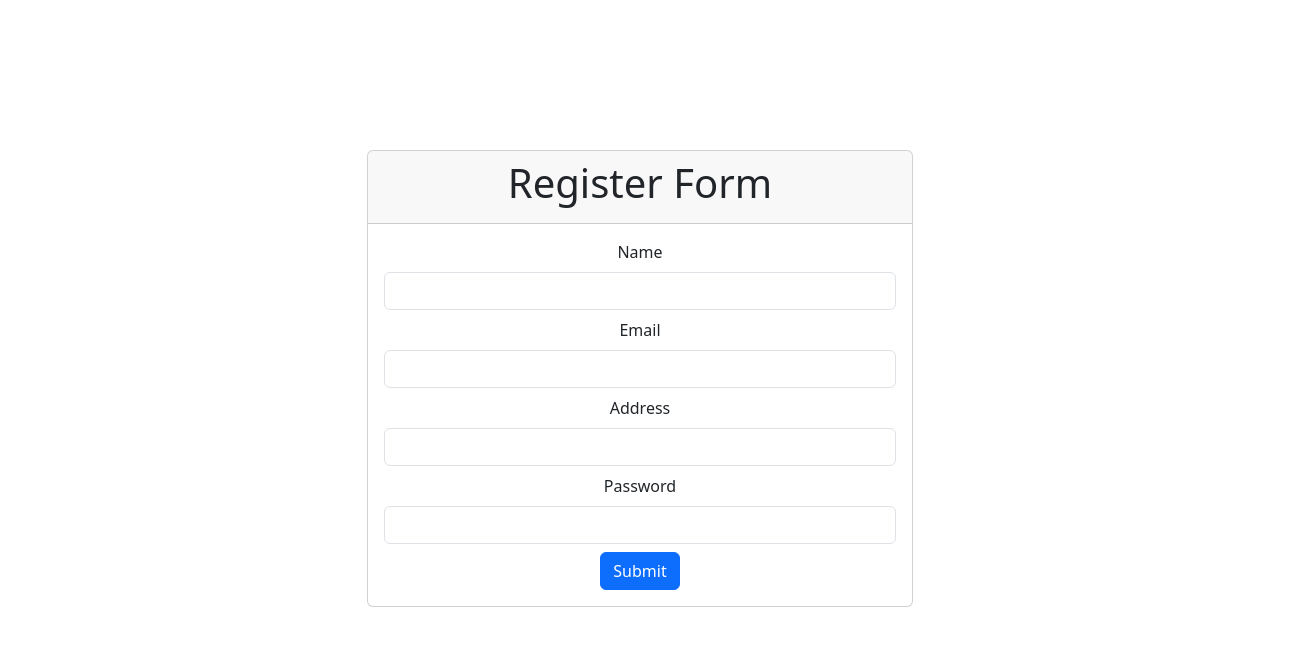
Repository: Laxman-Nath/java-internship
Page: http://localhost/Demo/Register.jsp
The author's editor kept a copy of each file at every save. The page is drawn from the files as they stood at one save, then again after the next save.
The browser window is 1280 px wide. The page is 1280 px wide, then 1292 px, then 1280 px, so the pictures cover 1292 px, including what lies to the right of the window. The pictures show the whole page.
The page is served by Tomcat 9.

Above is the page before, as saved 2024-09-01 10:27:20.

After the next save:
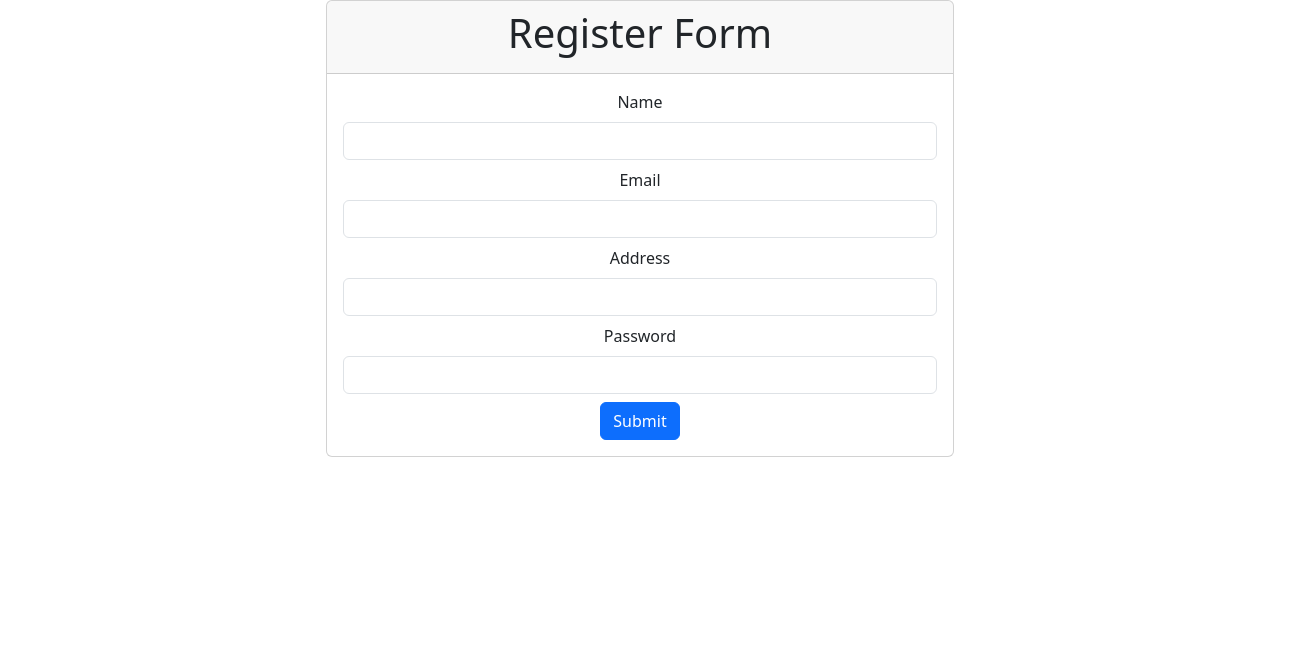
Saved 8 s later.
--- a/Servlet_JSP/Demo/src/main/webapp/Register.jsp
+++ b/Servlet_JSP/Demo/src/main/webapp/Register.jsp
@@ -11,7 +11,7 @@
 	integrity="sha384-QWTKZyjpPEjISv5WaRU9OFeRpok6YctnYmDr5pNlyT2bRjXh0JMhjY6hW+ALEwIH"
 	crossorigin="anonymous">
 </head>
-<body style="background-image="url('img/login.jpg')">
+<body style="background-image=url('img/login.jpg')>
 	<div class="container" style="margin-top: 150px;">
 		<div class="row">
 			<div class="col-md-6 offset-md-3">

After the save that followed:
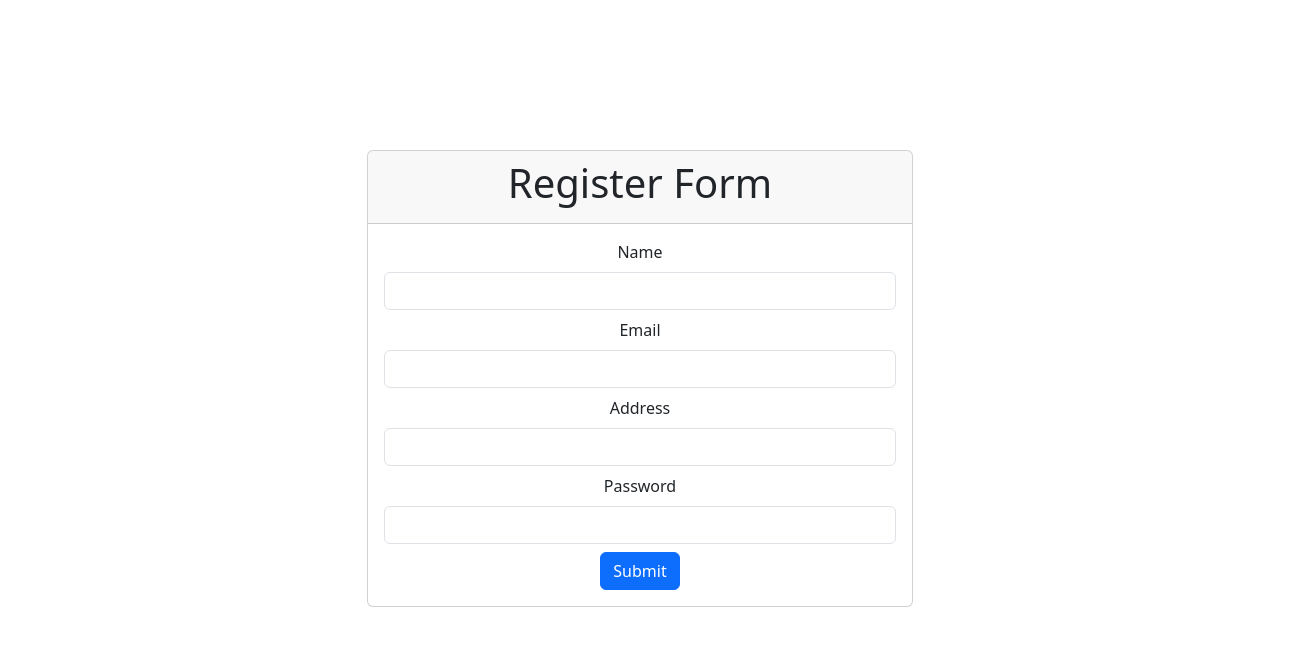
Saved 10 s later.
--- a/Servlet_JSP/Demo/src/main/webapp/Register.jsp
+++ b/Servlet_JSP/Demo/src/main/webapp/Register.jsp
@@ -11,7 +11,7 @@
 	integrity="sha384-QWTKZyjpPEjISv5WaRU9OFeRpok6YctnYmDr5pNlyT2bRjXh0JMhjY6hW+ALEwIH"
 	crossorigin="anonymous">
 </head>
-<body style="background-image=url('img/login.jpg')>
+<body style="background-image=url(img/login.jpg)">
 	<div class="container" style="margin-top: 150px;">
 		<div class="row">
 			<div class="col-md-6 offset-md-3">
